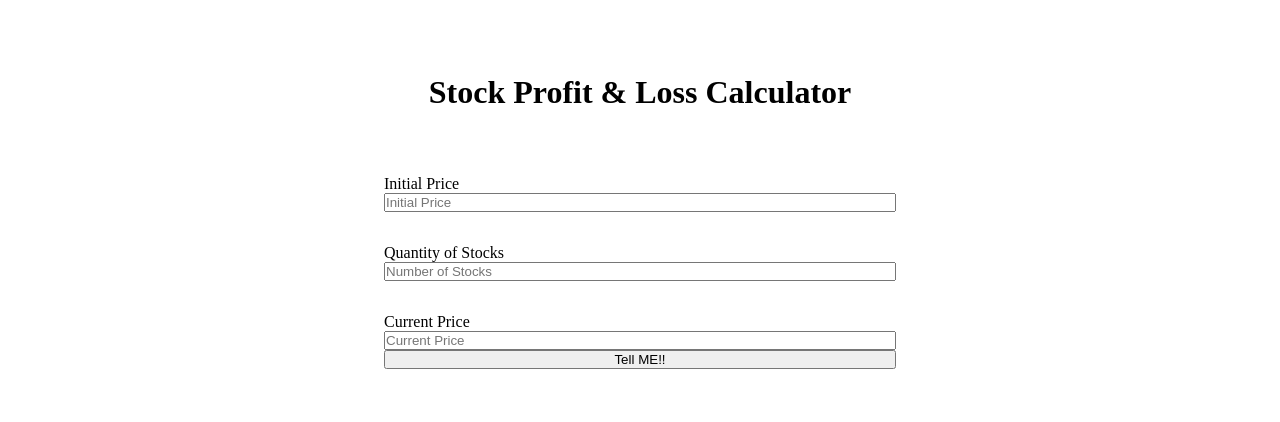
Repository: patelamancode/Stock-P-L-Calculator
Page: index.html
An editor plug-in stored every save of this project. The page is shown before and after the next save, followed by the edit.
The browser window is 1280 px wide. The pictures show the whole page.

Above is the page before, as saved 2022-11-23 18:04:30.

After the next save:
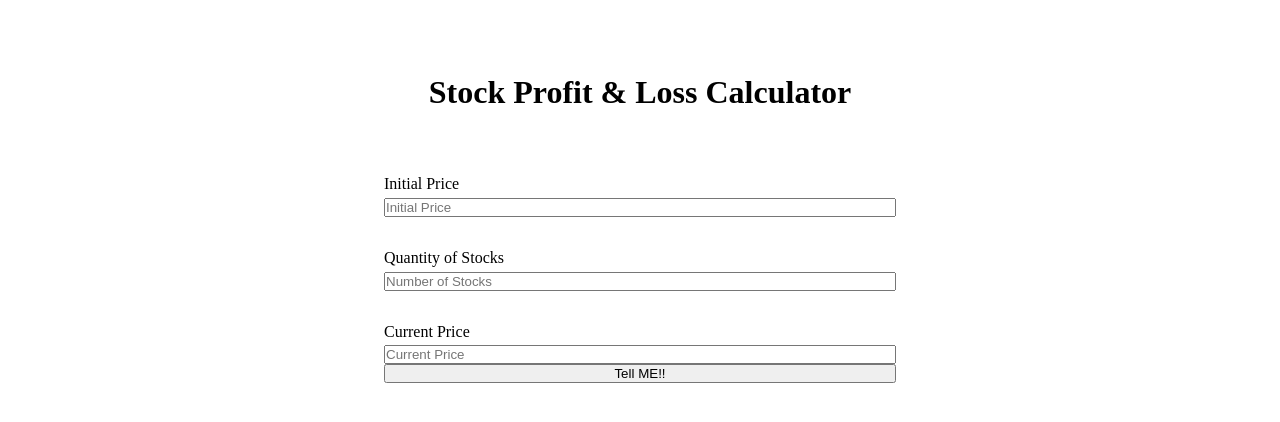
Saved 12 s later.
--- a/index.css
+++ b/index.css
@@ -19,5 +19,6 @@
   }
   label{
     margin-top: 2rem;
+    margin-bottom: 0.3rem;
     text-align: left;
   }
